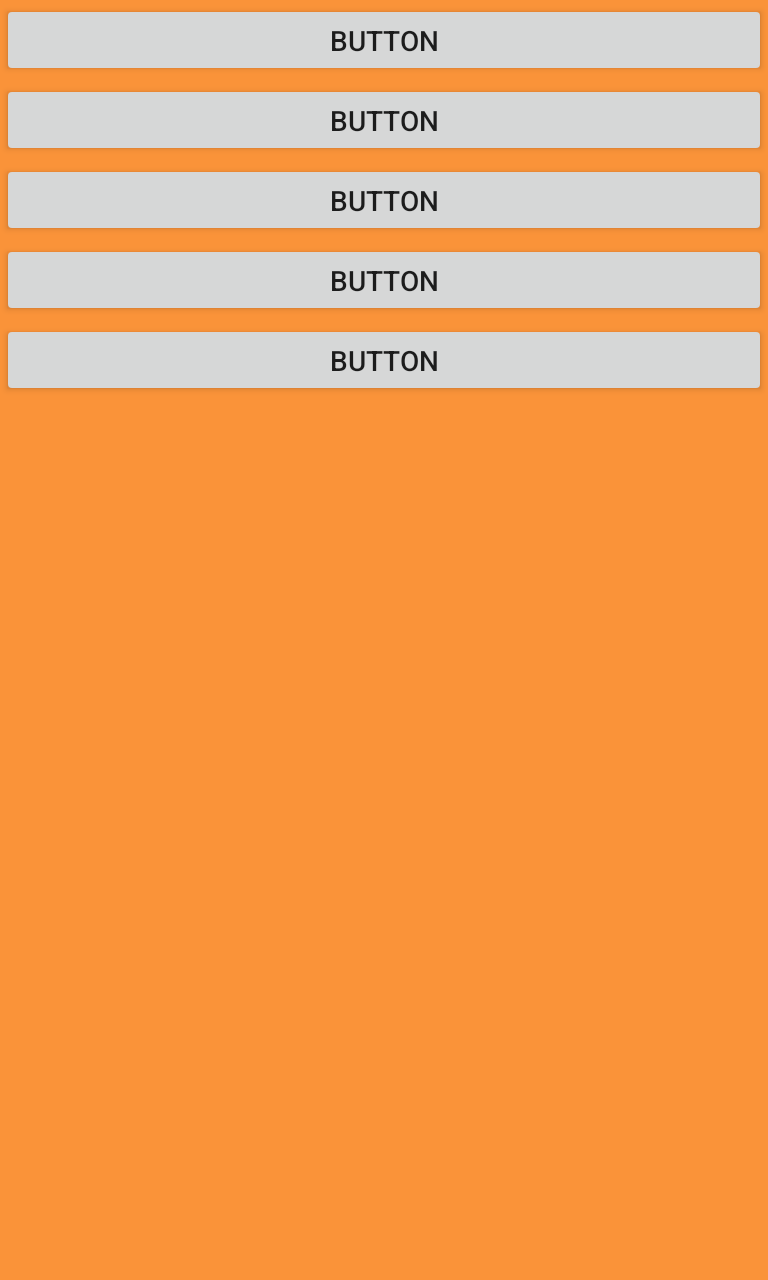
Repository: Hedlundaren/androidmenu
Layout: startmenu/res/layout/menu1.xml
An editor plug-in stored every save of this project. The layout is shown before and after the next save, followed by the edit.
It is drawn on a 768 x 1280 px phone screen (xhdpi) without system bars, with theme AppTheme; the app's code is not run.

Above is the layout before, as saved 2014-11-05 20:12:14.

After the next save:
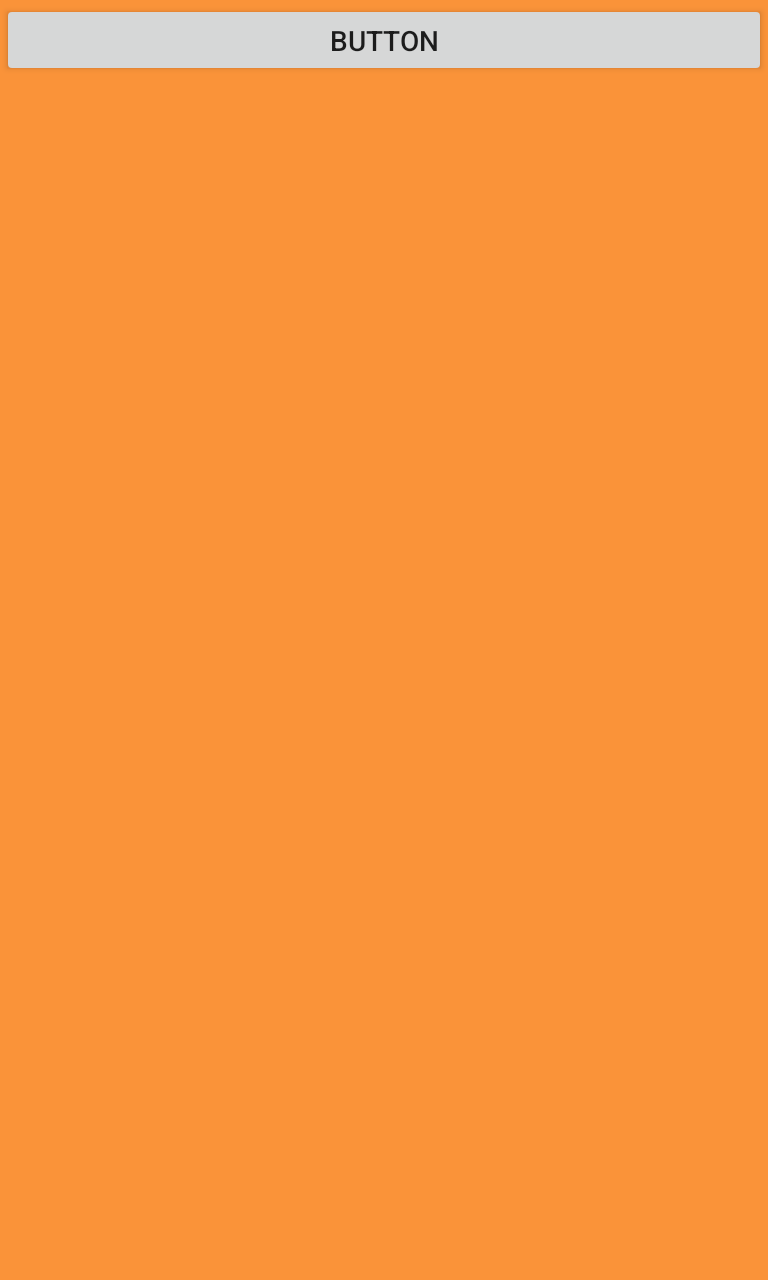
Saved 34 s later.
--- a/startmenu/res/layout/menu1.xml
+++ b/startmenu/res/layout/menu1.xml
@@ -6,38 +6,12 @@
     android:orientation="vertical" >
 
     <Button
-        android:id="@+id/Button04"
+        android:id="@+id/Button"
         android:layout_width="match_parent"
         android:layout_height="40dp"
         android:layout_weight="0.00"
         android:text="Button" />
 
-    <Button
-        android:id="@+id/Button03"
-        android:layout_width="match_parent"
-        android:layout_height="40dp"
-        android:layout_weight="0.00"
-        android:text="Button" />
 
-    <Button
-        android:id="@+id/Button02"
-        android:layout_width="match_parent"
-        android:layout_height="40dp"
-        android:layout_weight="0.00"
-        android:text="Button" />
-
-    <Button
-        android:id="@+id/Button01"
-        android:layout_width="match_parent"
-        android:layout_height="40dp"
-        android:layout_weight="0.00"
-        android:text="Button" />
-
-    <Button
-        android:id="@+id/button1"
-        android:layout_width="match_parent"
-        android:layout_height="40dp"
-        android:layout_weight="0.00"
-        android:text="Button" />
 
 </LinearLayout>
